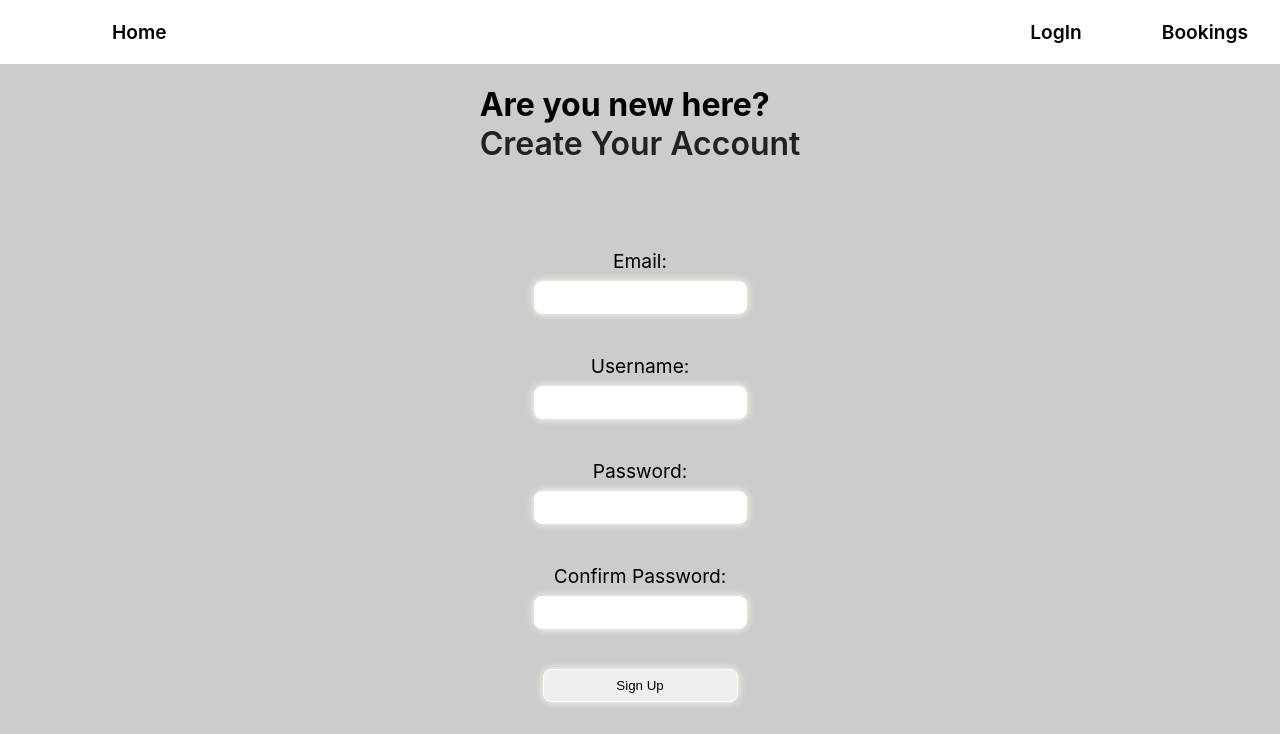
Repository: MikkyPrestige/fake-user-authentication
Page: /signUp
An editor plug-in stored every save of this project. The page is shown before and after the next save, followed by the edit.
The browser window is 1280 px wide. The pictures show the whole page.
The project was rebuilt for these pictures with package versions that can differ from the ones it lists, and the page was loaded fresh each time. Also part of the build but not shown: src/assets/styles/home.css, src/components/home.jsx, src/assets/styles/booking.css, src/components/booking.jsx, src/components/fallBack.jsx, src/assets/styles/error.css, src/components/error.jsx, src/assets/styles/login.css and 3 more.

Above is the page before, as saved 2022-11-24 18:42:54.

### src/index.css
body {
  margin: 0;
  font-family: -apple-system, BlinkMacSystemFont, 'Segoe UI', 'Roboto', 'Oxygen',
    'Ubuntu', 'Cantarell', 'Fira Sans', 'Droid Sans', 'Helvetica Neue',
    sans-serif;
  -webkit-font-smoothing: antialiased;
  -moz-osx-font-smoothing: grayscale;
  /* background-image: url(./assets/img/pattern_blue-1.jpg);
  background-repeat: no-repeat;
  background-size: cover;
  background-position: center;
  background-attachment: fixed; */
}

code {
  font-family: source-code-pro, Menlo, Monaco, Consolas, 'Courier New',
    monospace;
}

### src/App.jsx
import React from "react";
import { ErrorBoundary } from "react-error-boundary";
import { Route, Routes } from "react-router-dom";
import { Home, Navigation, Booking, FallBack, Error } from "./components";
import { Login, User, Logout, SignUp } from "./profile";
import RequireAuth from "./profile/context/require";
import { AuthProvider } from "./profile/context/auth";

function App() {
  return (
    <div className="App">
      <ErrorBoundary FallbackComponent={FallBack}>
        <Navigation />
        <AuthProvider>
          <Routes>
            <Route path="/" element={<Home />} />
            <Route path="/login">
              <Route index element={<Login />} />
            </Route>
            <Route
              path="/user"
              element={
                <RequireAuth>
                  <User />
                </RequireAuth>
              }
            />
            <Route path="/logout" element={<Logout />} />
            <Route path="/signUp" element={<SignUp />} />
            <Route path="/booking" element={<Booking />} />
            <Route path="*" element={<Error />} />
          </Routes>
        </AuthProvider>
      </ErrorBoundary>
    </div>
  );
}

export default App;

### src/components/index.js
export { default as Navigation } from "./navigation";
export { default as Home } from "./home";
export { default as Booking } from "./booking";
export { default as FallBack } from "./fallBack";
export { default as Error } from "./error";

### src/profile/index.js
export { default as Login } from "./login";
export { default as Logout } from "./logout";
export { default as SignUp } from "./signUp";
export { default as User } from "./user";

### src/profile/context/auth.jsx
// USER AUTHENTICATION CONTEXT
// This context is used to store the user authentication data and provide it to the rest of the application

import React, { createContext, useState, useContext } from "react";

// Create the context
const AuthContext = createContext({
  user: {
    userName: "",
    email: "",
    password: "",
    confirmPassword: "",
  },
});

// Create the provider
const AuthProvider = ({ children }) => {
  // Create the state
  const [user, setUser] = useState({
    userName: "",
    email: "",
    password: "",
    confirmPassword: "",
  });

  // Login the user
  const login = (userName, password) => {
    setUser({
      userName,
      password,
    });
  };

  // Sign up the user
  const signUp = (userName, password, email) => {
    setUser({
      userName,
      password,
      email,
    });
  };

  // Logout the user
  const logout = () => {
    setUser({
      userName: "",
      email: "",
      password: "",
      confirmPassword: "",
    });
  };

  // Return the provider
  return (
    <AuthContext.Provider value={{ user, login, signUp, logout }}>
      {children}
    </AuthContext.Provider>
  );
};

// Create the hook
const useAuth = () => useContext(AuthContext);

// Export the provider and the hook
export { AuthProvider, useAuth };

### src/components/navigation.jsx
// NAVIGATION COMPONENT

import React from "react";
import { NavLink } from "react-router-dom";
import "../assets/styles/navigation.css";

const Navigation = () => {
  return (
    <div className="navigation">
      <nav className="navigation__links">
        <div className="navigation--link">
          <NavLink
            style={({ isActive }) =>
              isActive ? { color: "red" } : { color: "black" }
            }
            to="/"
            className="navigation__link--item"
          >
            Home
          </NavLink>
        </div>
        <div className="navigation__link--wrapper">
          <NavLink
            style={({ isActive }) =>
              isActive ? { color: "red" } : { color: "black" }
            }
            to="/login"
            className="navigation__link--item"
          >
             LogIn
          </NavLink>
          <NavLink
            style={({ isActive }) =>
              isActive ? { color: "red" } : { color: "black" }
            }
            to="/booking"
            className="navigation__link--item"
          >
            Bookings
          </NavLink>
        </div>
      </nav>
    </div>
  );
};

export default Navigation;

### src/profile/logout.jsx
// LOGOUT COMPONENT:
// This component is for the logout page in the app

import { useEffect } from "react";
import { useNavigate } from "react-router-dom";
import { useAuth } from "./context/auth";

const Logout = () => {
  const auth = useAuth();
  const navigate = useNavigate();

  useEffect(() => {
    auth.logout();
    navigate("/login");
  });

  return null;
};

export default Logout;

### src/profile/signUp.jsx
// SIGN UP COMPONENT:
// This component is for the sign up page in the app. it is used to sign up new users to the app

import React, { useState } from "react";
import { useNavigate } from "react-router-dom";
import { useAuth } from "./context/auth";
import "../assets/styles/signUp.css";

const SignUp = () => {
  const [userName, setUserName] = useState("");
  const [password, setPassword] = useState("");
  const [confirmPassword, setConfirmPassword] = useState("");
  const [email, setEmail] = useState("");
  const [error, setError] = useState("");
  const auth = useAuth();
  const navigate = useNavigate();

  // Validate the form
  const validate = () => {
    if (!userName && !password && !email) {
      setError("Please enter a username, password, and email.");
      return false;
    } else if (userName === "") {
      setError("Please enter a username.");
      return false;
    } else if (password === "") {
      setError("Please enter a password.");
      return false;
    } else if (email === "") {
      setError("Please enter an email.");
      return false;
    } else if (password !== confirmPassword) {
      setError("Passwords do not match.");
      return false;
    } else {
      return true;
    }
  };

  // Handle the form sign up
  const handleSignUp = () => {
    if (validate()) {
      auth.signUp(userName, password, email);
      navigate("/user", { replace: true }); // Redirect the user to the login page after they sign up successfully.
    }
  };

  // Handle the form submit
  const handleSubmit = (e) => {
    e.preventDefault();
    console.log(userName, email, password);
    handleSignUp();
  };

  // Handle the form change
  const handleChange = (e) => {
    const { name, value } = e.target;
    if (name === "user") {
      setUserName(value);
    } else if (name === "password") {
      setPassword(value);
    } else if (name === "email") {
      setEmail(value);
    } else if (name === "confirmPassword") {
      setConfirmPassword(value);
    }
  };

  // Return the sign up form
  return (
    <div className="signUp">
      <div className="signUp__container">
      <h1 className="signUp__title">Are you new here? <span>Create Your Account</span></h1>
      <form className="signUp__form" onSubmit={handleSubmit}>
      <label className="signUp__label" htmlFor="email">
          Email:
        </label>
        <input
          className="signUp__input"
          type="email"
          name="email"
          value={email}
          onChange={handleChange}
        />
        <label className="signUp__label" htmlFor="user">
          Username:
        </label>
        <input
          className="signUp__input"
          type="text"
          name="user"
          value={userName}
          onChange={handleChange}
        />
        <label className="signUp__label" htmlFor="password">
          Password:
        </label>
        <input
          className="signUp__input"
          type="password"
          name="password"
          value={password}
          onChange={handleChange}
        />
        <label className="signUp__label" htmlFor="confirmPassword">
          Confirm Password:
        </label>
        <input
          className="signUp__input"
          type="password"
          name="confirmPassword"
          value={confirmPassword}
          onChange={handleChange}
        />
        <button className="signUp__btn" type="submit">
          Sign Up
        </button>
        {error && <div className="signUp__error">{error}</div>}
      </form>
      </div>
    </div>
  );
};

export default SignUp;

### src/assets/styles/navigation.css
.navigation {
  background-color: #fff;
  height: 4rem;
  position: fixed;
  top: 0;
  width: 100%;
  z-index: 100;
}

.navigation__links {
  display: flex;
  justify-content: space-between;
  align-items: center;
  height: 100%;
  padding: 0 2rem;
}

.navigation__link--item {
  font-size: 1.2rem;
  font-weight: 600;
  text-decoration: none;
}

.navigation--link {
  margin-left: 5rem;
}

.navigation__link--wrapper {
  display: flex;
  align-items: center;
  gap: 5rem;
}

### src/assets/styles/signUp.css
.signUp {
    background-color: #ccc;
    padding: 2rem;
    margin-top: 2rem;
    height: 100%;
}

.signUp__container {
    display: flex;
    flex-direction: column;
    justify-content: center;
    align-items: center;
}

.signUp__title {
    font-size: 2rem;
}

.signUp__title span {
    font-weight: 600;
    color: #1F2124;
    display: block;
    margin-bottom: 2rem;
}

.signUp__form {
    display: flex;
    flex-direction: column;
    justify-content: center;
    align-items: center;
    gap: .5rem;
    margin-top: 2rem;
}

.signUp__label {
    font-size: 1.2rem;
}

.signUp__input {
    width: 100%;
    padding: 0.5rem;
    border: 1px solid #FFFFF3;
    border-radius: 0.5rem;
    box-shadow: 0 0 0.5rem #FFFFF3;
    margin-bottom: 2rem;
}

.signUp__input:focus {
    outline: none;
}

.signUp__btn {
    width: 100%;
    padding: 0.5rem;
    border: 1px solid #FFFFF3;
    border-radius: 0.5rem;
    box-shadow: 0 0 0.5rem #FFFFF3;
}

.signUp__btn:hover {
    background-color: #FFFFF3;
    cursor: pointer;
}

.signUp__btn:active {
    background-color: #FFFFF3;
    cursor: pointer;
}

.signUp__error {
    color: red;
}

Loaded but not shown: public/index.html (common file); src/index.js (common file)

After the next save:
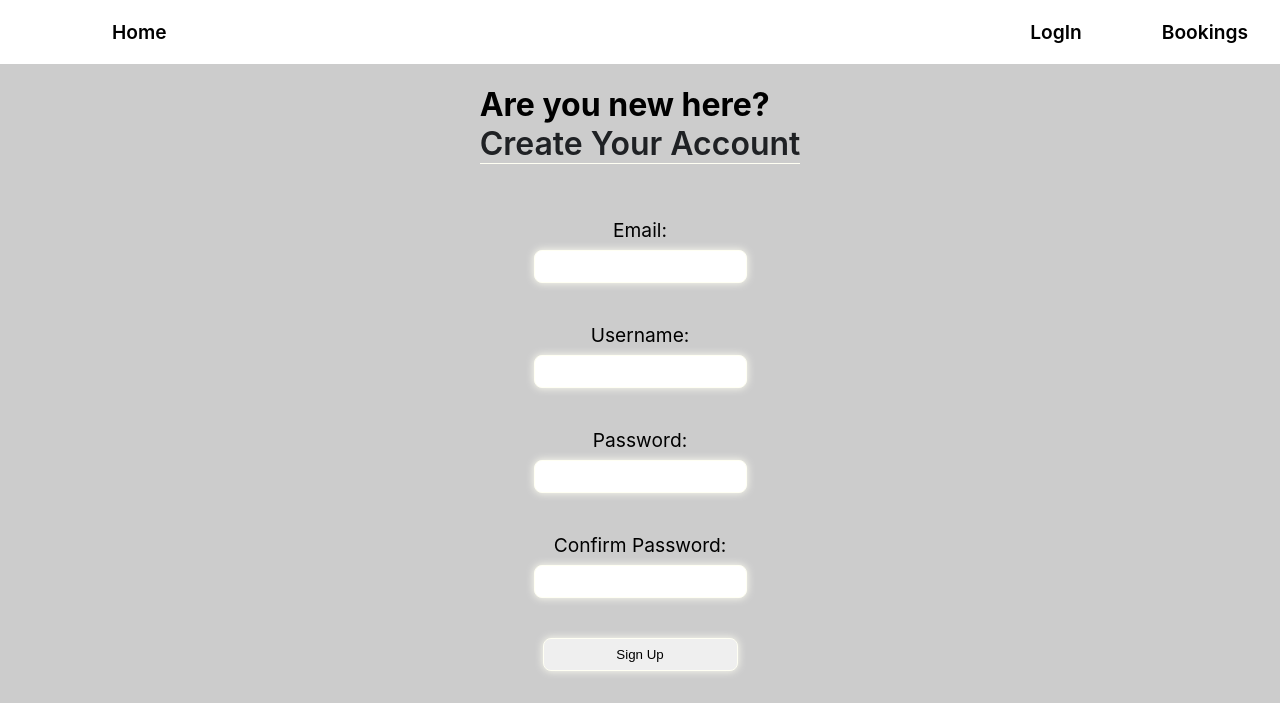
Saved 30 s later.
--- a/src/assets/styles/signUp.css
+++ b/src/assets/styles/signUp.css
@@ -20,7 +20,7 @@
     font-weight: 600;
     color: #1F2124;
     display: block;
-    margin-bottom: 2rem;
+    border-bottom: 1px solid #FFFFF3;
 }
 
 .signUp__form {
